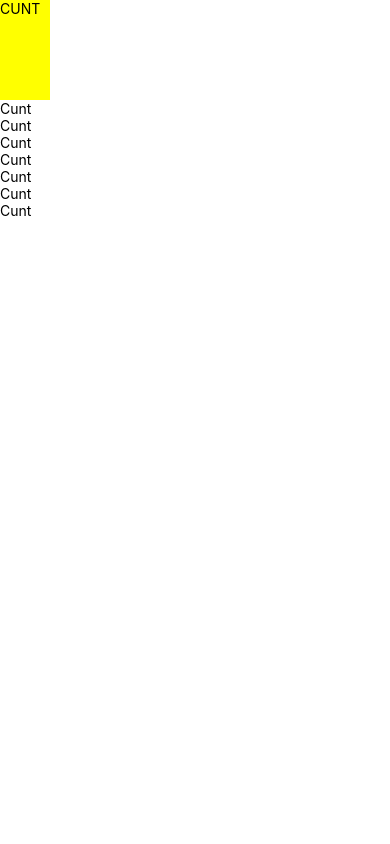
Repository: ph0ph0/ReactNative--UK-Property-App
Screen: /
The author's editor kept a copy of each file at every save. The screen is drawn from the files as they stood at one save, then again after a run of saves.
The app was drawn by React Native's web renderer in a window 390 px wide. The project was rebuilt for these pictures with package versions that can differ from the ones it lists, and the page was loaded fresh each time.

Above is the screen before, as saved 2019-11-16 20:28:04.

### App.tsx
/**
 * Sample React Native App
 * https://github.com/facebook/react-native
 *
 * Generated with the TypeScript template
 * https://github.com/react-native-community/react-native-template-typescript
 *
 * @format
 */

import React, {Fragment, FunctionComponent} from 'react';
import {
  SafeAreaView,
  StyleSheet,
  ScrollView,
  View,
  Text,
  StatusBar,
} from 'react-native';

import {
  Header,
  LearnMoreLinks,
  Colors,
  DebugInstructions,
  ReloadInstructions,
} from 'react-native/Libraries/NewAppScreen';

const App = () => {
  return (
    <Fragment>
      <View
        style={{
          backgroundColor: 'yellow',
          borderColor: 'red',
          height: 100,
          width: 50,
        }}>
        <Text>CUNT</Text>
      </View>
      <SafeAreaView>
        <View>
          <Text>Cunt</Text>
          <Text>Cunt</Text>
          <Text>Cunt</Text>
          <Text>Cunt</Text>
          <Text>Cunt</Text>
          <Text>Cunt</Text>
          <Text>Cunt</Text>
        </View>
      </SafeAreaView>
    </Fragment>
  );
};

const styles = StyleSheet.create({
  scrollView: {
    backgroundColor: Colors.lighter,
  },
  engine: {
    position: 'absolute',
    right: 0,
  },
  body: {
    backgroundColor: Colors.white,
  },
  sectionContainer: {
    marginTop: 32,
    paddingHorizontal: 24,
  },
  sectionTitle: {
    fontSize: 24,
    fontWeight: '600',
    color: Colors.black,
  },
  sectionDescription: {
    marginTop: 8,
    fontSize: 18,
    fontWeight: '400',
    color: Colors.dark,
  },
  highlight: {
    fontWeight: '700',
  },
  footer: {
    color: Colors.dark,
    fontSize: 12,
    fontWeight: '600',
    padding: 4,
    paddingRight: 12,
    textAlign: 'right',
  },
});

export default App;

After the next 2 saves:
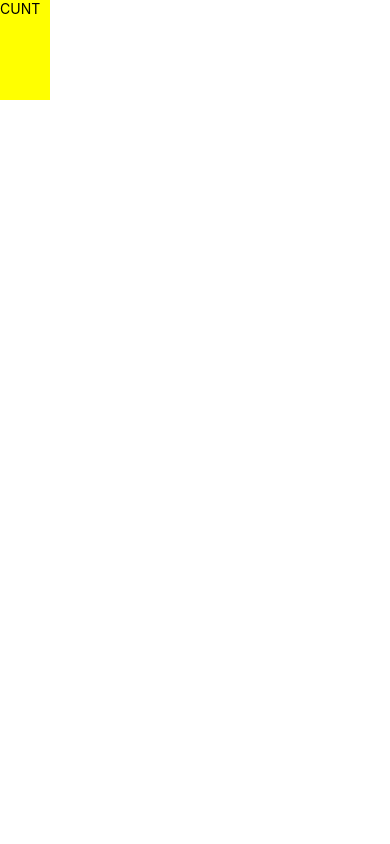
The 2 saves are shown as one change because 1 did not build or start.
The last was saved 11 min 36 s later.
--- a/App.tsx
+++ b/App.tsx
@@ -26,31 +26,23 @@ import {
   ReloadInstructions,
 } from 'react-native/Libraries/NewAppScreen';
 
+type PageOneProps = {};
+const PageOne: FunctionComponent<PageOneProps> = () => {
+  return (
+    <View
+      style={{
+        backgroundColor: 'yellow',
+        borderColor: 'red',
+        height: 100,
+        width: 50,
+      }}>
+      <Text>CUNT</Text>
+    </View>
+  );
+};
+
 const App = () => {
-  return (
-    <Fragment>
-      <View
-        style={{
-          backgroundColor: 'yellow',
-          borderColor: 'red',
-          height: 100,
-          width: 50,
-        }}>
-        <Text>CUNT</Text>
-      </View>
-      <SafeAreaView>
-        <View>
-          <Text>Cunt</Text>
-          <Text>Cunt</Text>
-          <Text>Cunt</Text>
-          <Text>Cunt</Text>
-          <Text>Cunt</Text>
-          <Text>Cunt</Text>
-          <Text>Cunt</Text>
-        </View>
-      </SafeAreaView>
-    </Fragment>
-  );
+  return <PageOne />;
 };
 
 const styles = StyleSheet.create({
